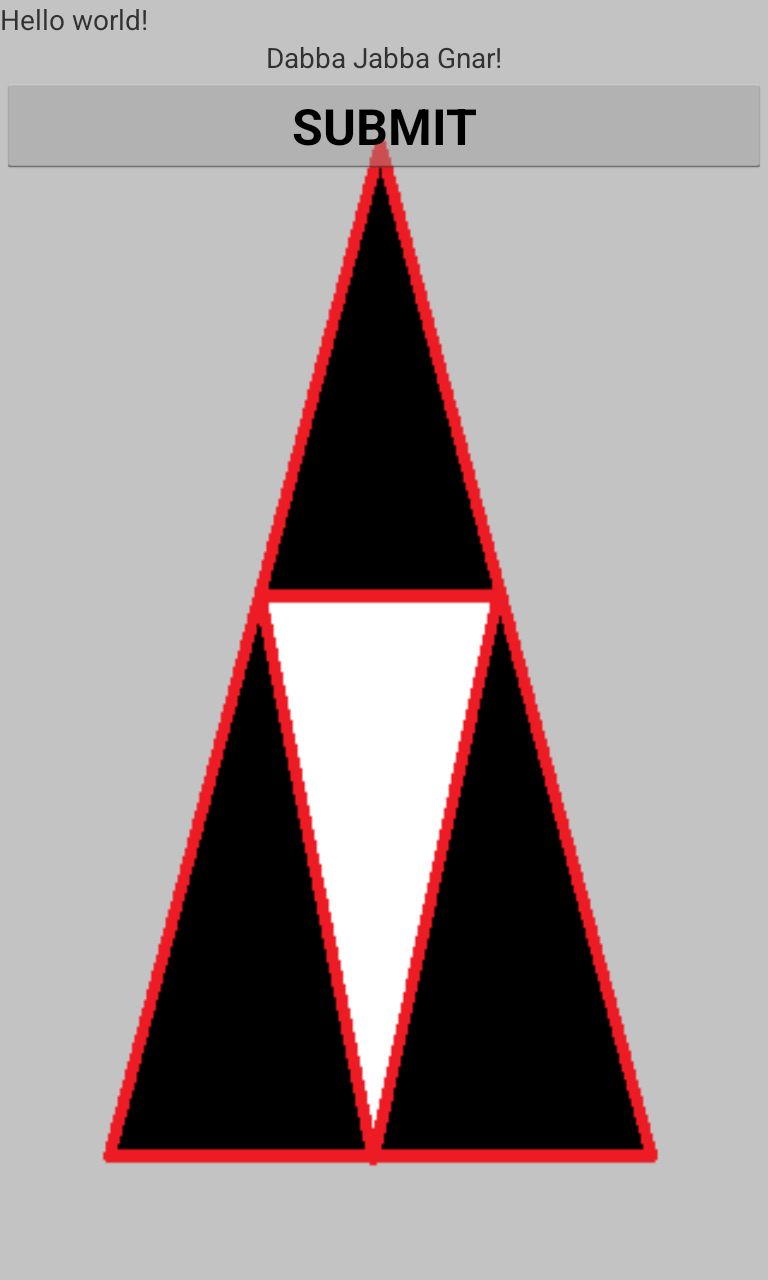
Repository: IgnacioRV/AndroidDev
Layout: ProjectYasuo/res/layout/main2.xml
An editor plug-in stored every save of this project. The layout is shown before and after the next save, followed by the edit.
It is drawn on a 768 x 1280 px phone screen (xhdpi) without system bars, with theme AppTheme; the app's code is not run.

Above is the layout before, as saved 2016-01-21 16:13:23.

### ProjectYasuo/res/layout/main2.xml
<?xml version="1.0" encoding="utf-8"?>
<LinearLayout xmlns:android="http://schemas.android.com/apk/res/android"
    android:layout_width="fill_parent"
    android:layout_height="fill_parent"
    android:orientation="vertical"
    android:background="@drawable/bck">

    <TextView
        android:layout_width="fill_parent"
        android:layout_height="wrap_content"
        android:text="@string/hello_world" />

    <TextView
        android:layout_width="fill_parent"
        android:layout_height="wrap_content"
        android:text="@string/FirstWords"
        android:gravity="center"
        />

    <Button
        android:layout_width="fill_parent"
        android:layout_height="wrap_content"
        android:text="@string/button1"
        android:textSize="25sp"
        android:textStyle="bold" />

</LinearLayout>

### ProjectYasuo/res/values/strings.xml
<?xml version="1.0" encoding="utf-8"?>
<resources>

    <string name="app_name">ProjectYasuo</string>
    <string name="hello_world">Hello world!</string>
    <string name="FirstWords">Dabba Jabba Gnar!</string>
    <string name="button1">SUBMIT</string>

</resources>

Loaded but not shown: ProjectYasuo/res/values/styles.xml (common file); ProjectYasuo/res/values-v11/styles.xml (common file); ProjectYasuo/res/values-v14/styles.xml (common file)

After the next save:
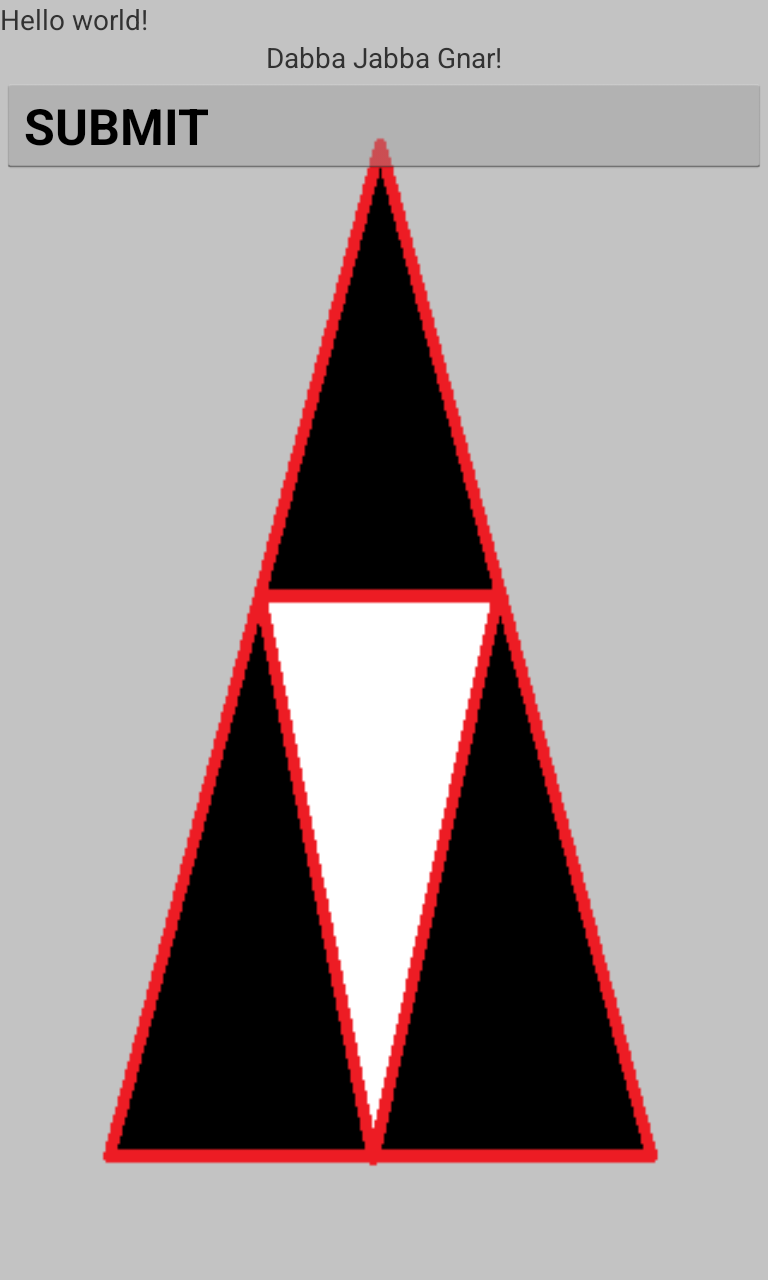
Saved 24 s later.
--- a/ProjectYasuo/res/layout/main2.xml
+++ b/ProjectYasuo/res/layout/main2.xml
@@ -22,6 +22,7 @@
         android:layout_height="wrap_content"
         android:text="@string/button1"
         android:textSize="25sp"
-        android:textStyle="bold" />
+        android:textStyle="bold"
+        android:gravity="bottom" />
 
 </LinearLayout>
